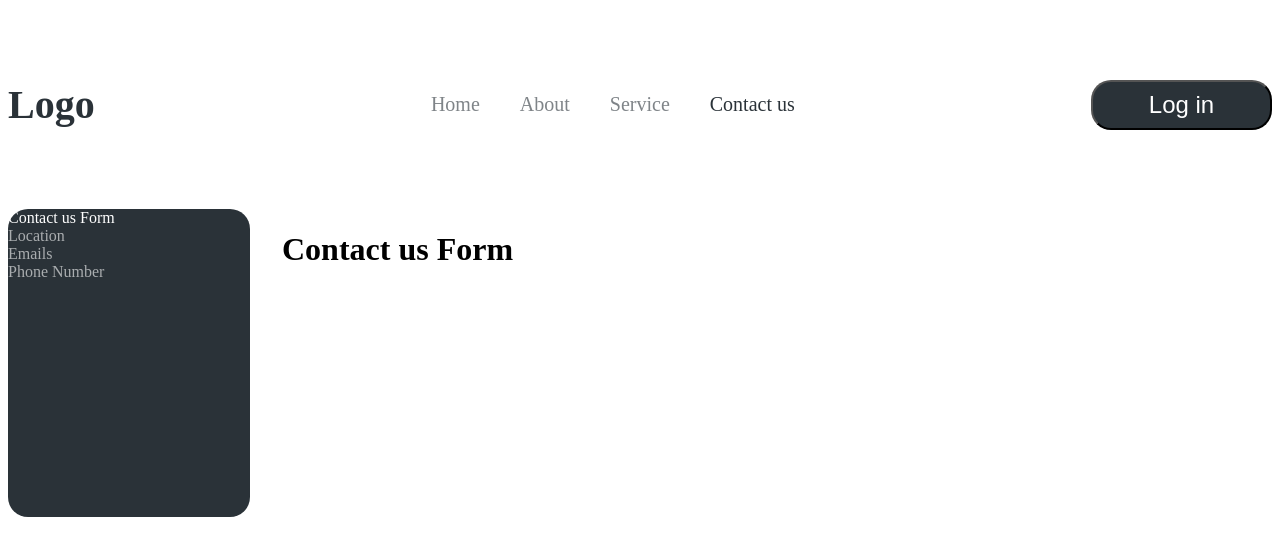
Repository: rehamtaher10/thirdReactTask
Page: /contact
These files come from the project's save history. The page is drawn as it stood at one moment and after the next save; the edit follows.
The browser window is 1280 px wide. The pictures show the whole page.
The project was rebuilt for these pictures with package versions that can differ from the ones it lists, and the page was loaded fresh each time. Also part of the build but not shown: vite.config.js, src/components/HomePage/Home.jsx, src/components/AboutPage/About.jsx, src/components/ServicePage/Service.jsx.

Above is the page before, as saved 2024-11-27 23:07:07.

After the next save:
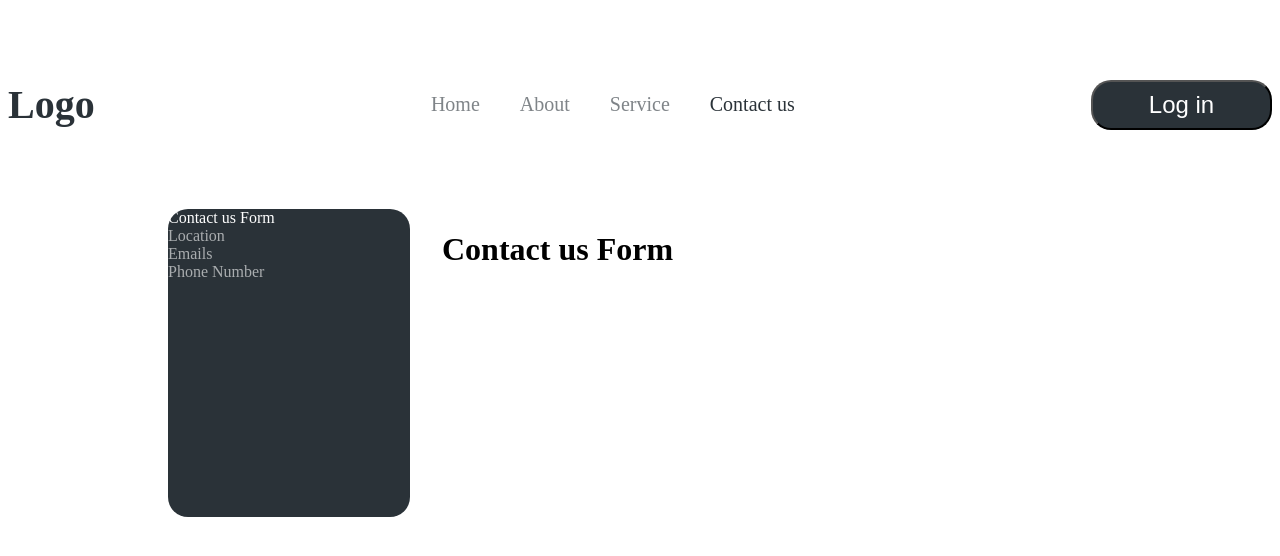
Saved 4 s later.
--- a/src/style/contactUs.css
+++ b/src/style/contactUs.css
@@ -1,7 +1,7 @@
 .contactUs{
     display: flex;
     gap: 2rem;
-    padding-inline: ;
+    padding-inline: 10rem;
 }
 .contact_content{
     text-align: center;
